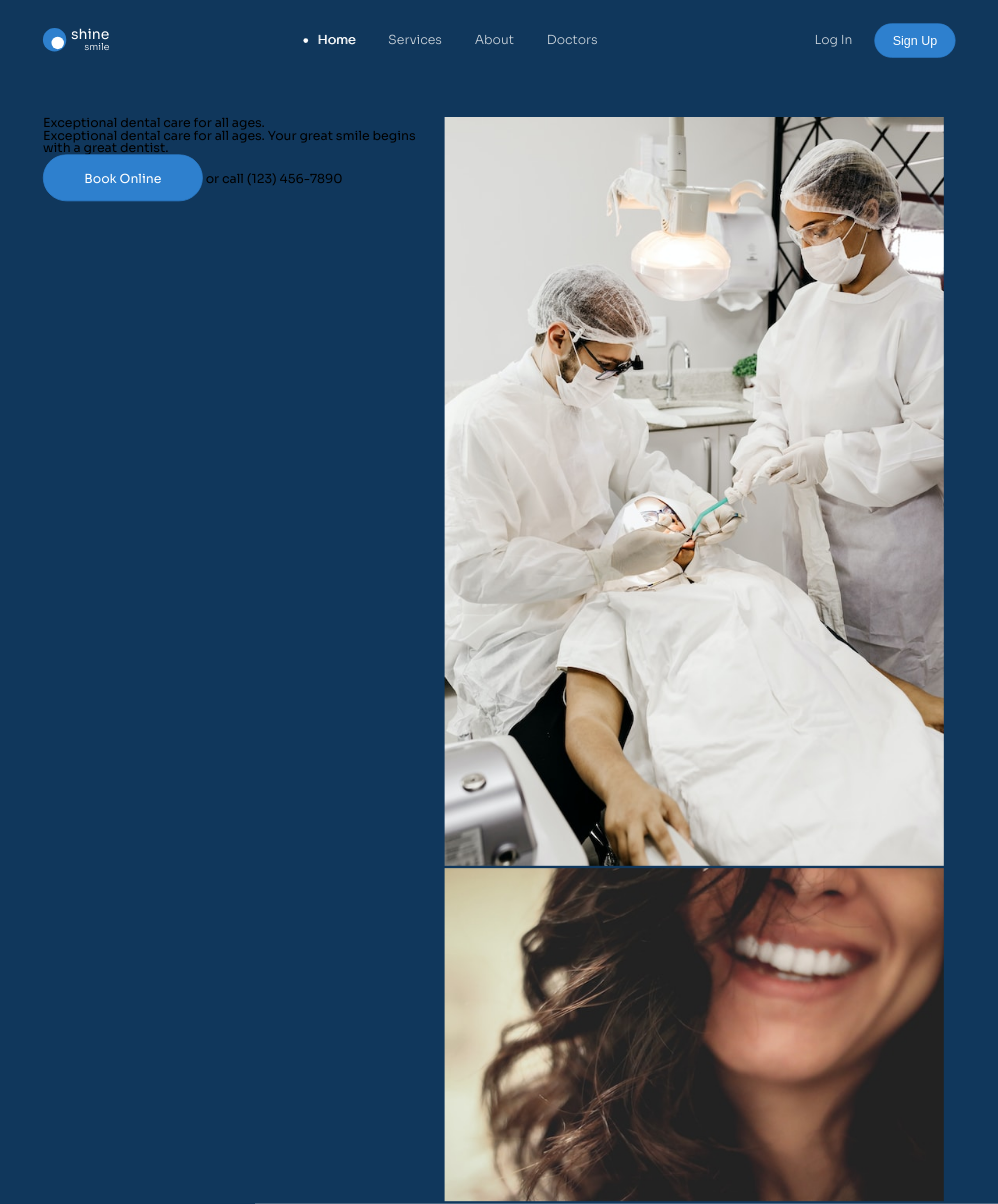
Repository: anhtien111198/f8-htmlcss-03
Page: index.html
The author's editor kept a copy of each file at every save. The page is drawn from the files as they stood at one save, then again after the next save.
The browser window is 1280 px wide. The pictures show the whole page, at 78% of full size.

Above is the page before, as saved 2023-05-12 13:45:49.

### index.html
<!DOCTYPE html>
<html lang="en">
    <head>
        <meta charset="UTF-8" />
        <meta http-equiv="X-UA-Compatible" content="IE=edge" />
        <meta name="viewport" content="width=device-width, initial-scale=1.0" />
        <title>shine smile</title>
        <!-- favicon -->
        <link
            rel="apple-touch-icon"
            sizes="57x57"
            href="./assets/favicon/apple-icon-57x57.png"
        />
        <link
            rel="apple-touch-icon"
            sizes="60x60"
            href="./assets/favicon/apple-icon-60x60.png"
        />
        <link
            rel="apple-touch-icon"
            sizes="72x72"
            href="./assets/favicon/apple-icon-72x72.png"
        />
        <link
            rel="apple-touch-icon"
            sizes="76x76"
            href="./assets/favicon/apple-icon-76x76.png"
        />
        <link
            rel="apple-touch-icon"
            sizes="114x114"
            href="./assets/favicon/apple-icon-114x114.png"
        />
        <link
            rel="apple-touch-icon"
            sizes="120x120"
            href="./assets/favicon/apple-icon-120x120.png"
        />
        <link
            rel="apple-touch-icon"
            sizes="144x144"
            href="./assets/favicon/apple-icon-144x144.png"
        />
        <link
            rel="apple-touch-icon"
            sizes="152x152"
            href="./assets/favicon/apple-icon-152x152.png"
        />
        <link
            rel="apple-touch-icon"
            sizes="180x180"
            href="./assets/favicon/apple-icon-180x180.png"
        />
        <link
            rel="icon"
            type="image/png"
            sizes="192x192"
            href="./assets/favicon/android-icon-192x192.png"
        />
        <link
            rel="icon"
            type="image/png"
            sizes="32x32"
            href="./assets/favicon/favicon-32x32.png"
        />
        <link
            rel="icon"
            type="image/png"
            sizes="96x96"
            href="./assets/favicon/favicon-96x96.png"
        />
        <link
            rel="icon"
            type="image/png"
            sizes="16x16"
            href="./assets/favicon/favicon-16x16.png"
        />
        <link rel="manifest" href="./assets/favicon/manifest.json" />
        <meta name="msapplication-TileColor" content="#ffffff" />
        <meta
            name="msapplication-TileImage"
            content="./assets/favicon/ms-icon-144x144.png"
        />
        <meta name="theme-color" content="#ffffff" />
        <!-- font -->
        <link rel="preconnect" href="https://fonts.googleapis.com" />
        <link rel="preconnect" href="https://fonts.gstatic.com" crossorigin />
        <link
            href="https://fonts.googleapis.com/css2?family=Sora:wght@200;300;400;500;600;700;800&display=swap"
            rel="stylesheet"
        />
        <!-- reset css -->
        <link rel="stylesheet" href="./assets/css/reset.css" />
        <!-- style css -->
        <link rel="stylesheet" href="./assets/css/style.css" />
    </head>
    <body>
        <header class="header">
            <div class="container">
                <!-- header top -->
                <div class="header-top">
                    <!-- logo -->
                    <a href="/">
                        <div class="logo">
                            <span class="logo__circle"></span>
                            <span class="logo__text">
                                <span class="logo__brand">shine</span>
                                <span class="logo__brand logo__brand--small">
                                    smile
                                </span>
                            </span>
                        </div>
                    </a>
                    <!-- navbar -->
                    <nav class="navbar">
                        <ul class="navbar__list">
                            <li class="navbar__item">
                                <a
                                    href="#!"
                                    class="navbar__link navbar__link--active"
                                >
                                    Home
                                </a>
                            </li>
                            <li class="navbar__item">
                                <a href="#!" class="navbar__link">Services</a>
                            </li>
                            <li class="navbar__item">
                                <a href="#!" class="navbar__link">About</a>
                            </li>
                            <li class="navbar__item">
                                <a href="#!" class="navbar__link">Doctors</a>
                            </li>
                        </ul>
                    </nav>
                    <!-- action -->
                    <div class="header-action">
                        <a href="#!" class="header-action__login">Log In</a>
                        <button href="#!" class="btn header-action__signup">
                            Sign Up
                        </button>
                    </div>
                </div>
                <!-- Hero -->
                <section class="hero">
                    <!-- hero content -->
                    <section class="hero__content">
                        <h1 class="hero__heading">
                            Exceptional dental care for all ages.
                        </h1>
                        <p class="hero__desc">
                            Exceptional dental care for all ages. Your great
                            smile begins with a great dentist.
                        </p>
                        <div class="hero__row">
                            <a href="" class="btn">Book Online</a>
                            <span class="hero__phone"
                                >or call (123) 456-7890</span
                            >
                        </div>
                    </section>
                    <!-- hero media -->
                    <div class="hero__media">
                        <figure class="hero__images">
                            <img
                                src="./assets/image/hero-01jpg.jpg"
                                alt=""
                                class="hero__img"
                            />
                            <img
                                src="./assets/image/hero-02.jpg"
                                alt=""
                                class="hero__img"
                            />
                        </figure>
                    </div>
                </section>
            </div>
        </header>
    </body>
</html>

### assets/css/style.css
* {
    box-sizing: border-box;
}
:root {
    --header-bg: #10375c;
}
html {
    font-size: 62.5%;
}
body {
    font-size: 1.6rem;
    font-family: "Sora", sans-serif;
}
/* ======Common========= */
a {
    text-decoration: none;
}
.container {
    width: 1170px;
    max-width: calc(100% - 48px);
    margin: 0 auto;
}
.btn {
    --height: 60px;
    display: inline-block;
    min-width: 205px;
    height: var(--height);
    padding: 0 20px;
    border-radius: 99px;
    border: 1px solid #2e80ce;
    font-size: 1.6rem;
    font-weight: 400;
    line-height: var(--height);
    color: #fff;
    text-align: center;
    background: #2e80ce;
}
.btn:hover {
    opacity: 0.9;
    cursor: pointer;
}
/* ========header============= */
.header {
    min-height: 100vh;
    padding-top: 30px;
    background: var(--header-bg);
}
.logo {
    position: relative;
    display: inline-flex;
    font-size: 1rem;
}
.logo__circle::after,
.logo__circle::before {
    content: "";
    display: inline-block;
    border-radius: 50%;
}
.logo__circle::before {
    width: 3em;
    height: 3em;
    background: #2e80ce;
}
.logo__circle::after {
    position: absolute;
    top: 1.1em;
    left: 1.1em;
    width: 1.6em;
    height: 1.6em;
    background: #ffffff;
}
.logo__text {
    margin-left: 0.6em;
    text-align: right;
    line-height: 1.6em;
}
.logo__brand {
    display: block;
    font-size: 1.8em;
    font-weight: 400;
    color: #ffffff;
}
.logo__brand--small {
    font-size: 1.2em;
    font-weight: 300;
}
/* ========Header top========== */
.header-top {
    display: flex;
    align-items: center;
    justify-content: space-between;
}
.navbar__list {
    display: flex;
}
.header-action__login,
.navbar__link {
    padding: 4px 21px;
    font-weight: 300;
    font-size: 1.6rem;
    color: #c9d2da;
}
.navbar__link:hover,
.navbar__link--active {
    color: #fff;
    text-shadow: 1px 0 0 currentColor;
}
.navbar__link--active::before {
    position: relative;
    top: -2px;
    left: -8px;
    content: "";
    display: inline-block;
    width: 6px;
    height: 6px;
    border-radius: 50%;
    background: #fff;
}
.header-action {
    display: flex;
    align-items: center;
}
.header-action__login {
    margin-right: 7px;
}
.header-action__signup {
    --height: 44px;
    min-width: 104px;
}
/* ========hero=========== */
.hero {
    display: flex;
    margin-top: 76px;
}
.hero__content {
    flex-shrink: 0;
    width: 44%;
}
.hero__media {
    flex-grow: 1;
}

Loaded but not shown: assets/css/reset.css (common file)

After the next save:
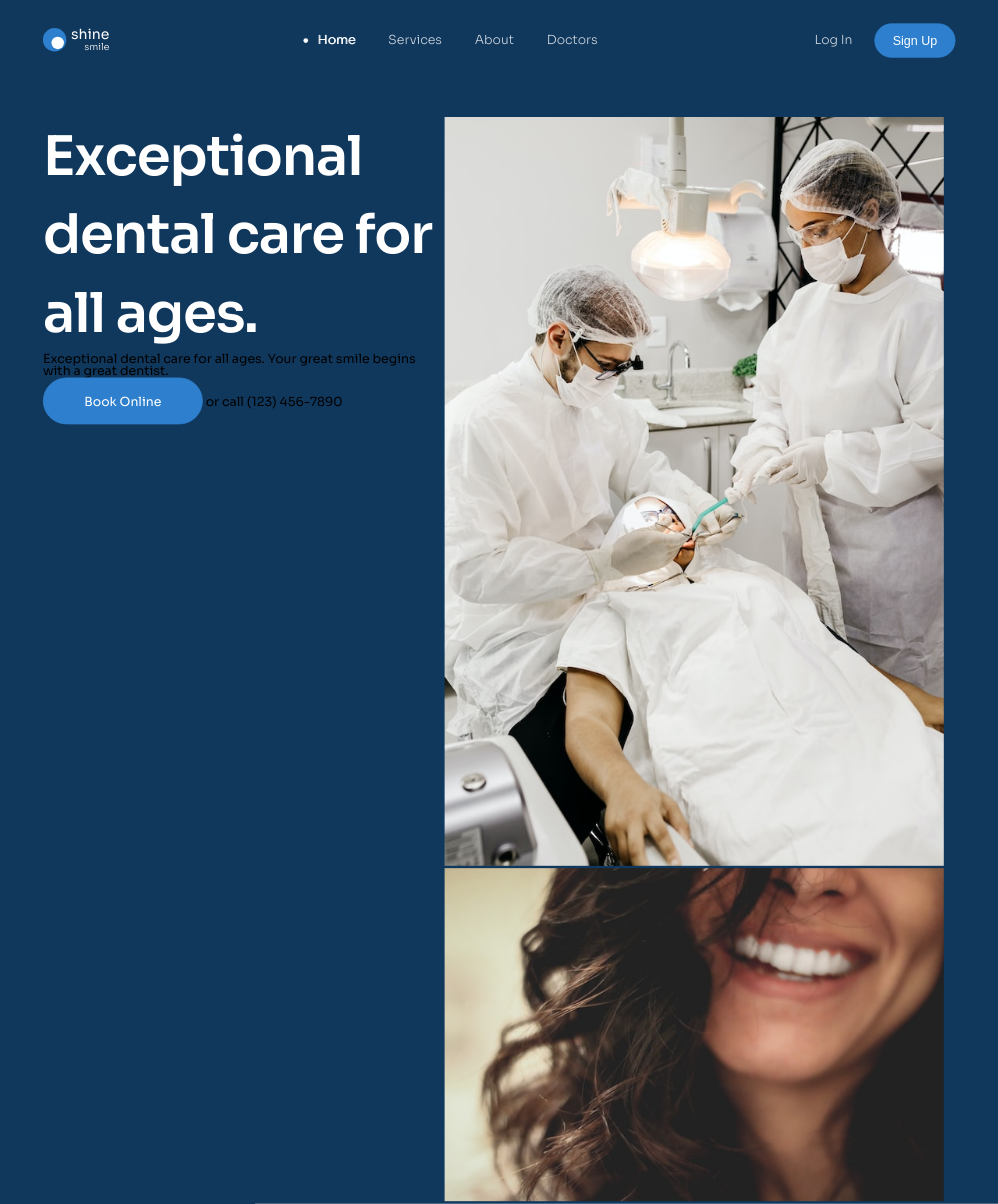
Saved 64 s later.
--- a/assets/css/style.css
+++ b/assets/css/style.css
@@ -139,3 +139,10 @@ a {
 .hero__media {
     flex-grow: 1;
 }
+.hero__heading {
+    font-weight: 600;
+    font-size: 7rem;
+    line-height: 1.44;
+    letter-spacing: -0.02em;
+    color: #ffffff;
+}
